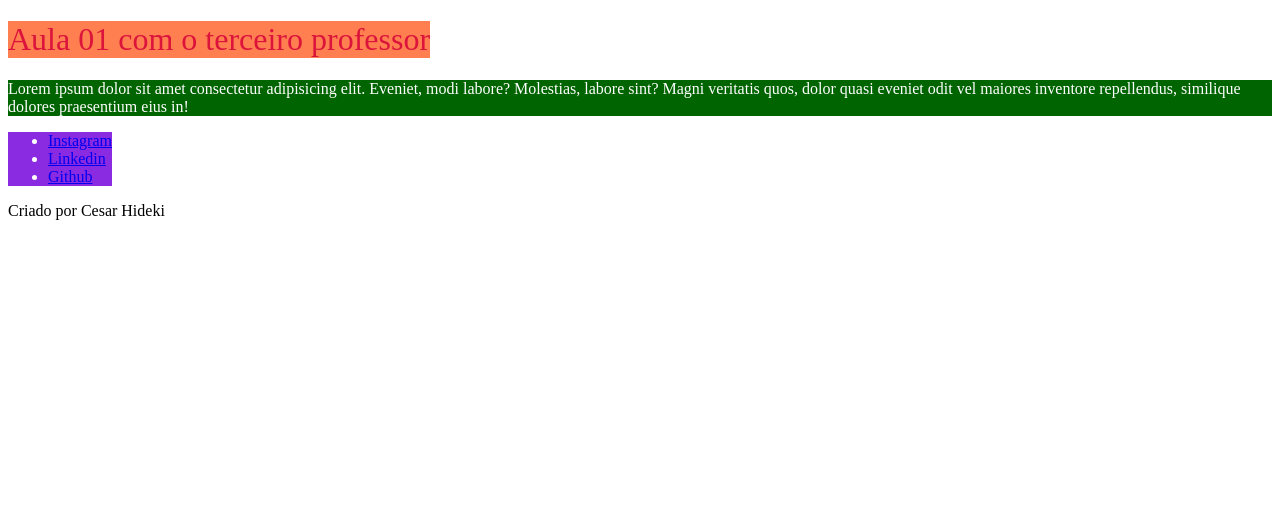
Repository: geracao-11/aula-01-pt2
Page: index.html
The author's editor kept a copy of each file at every save. The page is drawn from the files as they stood at one save, then again after a run of saves.
The browser window is 1280 px wide. The pictures show the whole page.

Above is the page before, as saved 2025-04-09 10:33:17.

### index.html
<!DOCTYPE html>
<html lang="en">
  <head>
    <meta charset="UTF-8" />
    <meta name="viewport" content="width=device-width, initial-scale=1.0" />
    <title>AULA 01</title>
    <link rel="stylesheet" href="style.css">
</head>
  <body>
    <header></header>
    <main>
      <h1>Aula 01 com o terceiro professor</h1>
      <div>
        <p>Lorem ipsum dolor sit amet consectetur adipisicing elit. Eveniet, modi labore? Molestias, labore sint? Magni veritatis quos, dolor quasi eveniet odit vel maiores inventore repellendus, similique dolores praesentium eius in!</p>
      </div>
      <div>
        <ul>
            <li>
                <a href="https://www.instagram.com/">Instagram</a>
            </li>
            <li>
                <a href="https://www.linkedin.com/feed/?trk=guest_homepage-basic_google-one-tap-submit">Linkedin</a>
            </li>
            <li>
                <a href="https://github.com/">Github</a>
            </li>
        </ul>
      </div>
    </main>
    <footer>Criado por Cesar Hideki</footer>
  </body>
</html>

### style.css
main {
    ;
}

h1 {
    font-size: xx-large;
    font-weight: lighter;
    color: crimson;
    background-color: coral;
    max-width: fit-content;
}

div {
    max-width: fit-content;
    background-color: darkgreen;
    color: white;
}

ul {
    background-color: blueviolet;
}

After the next 2 saves:
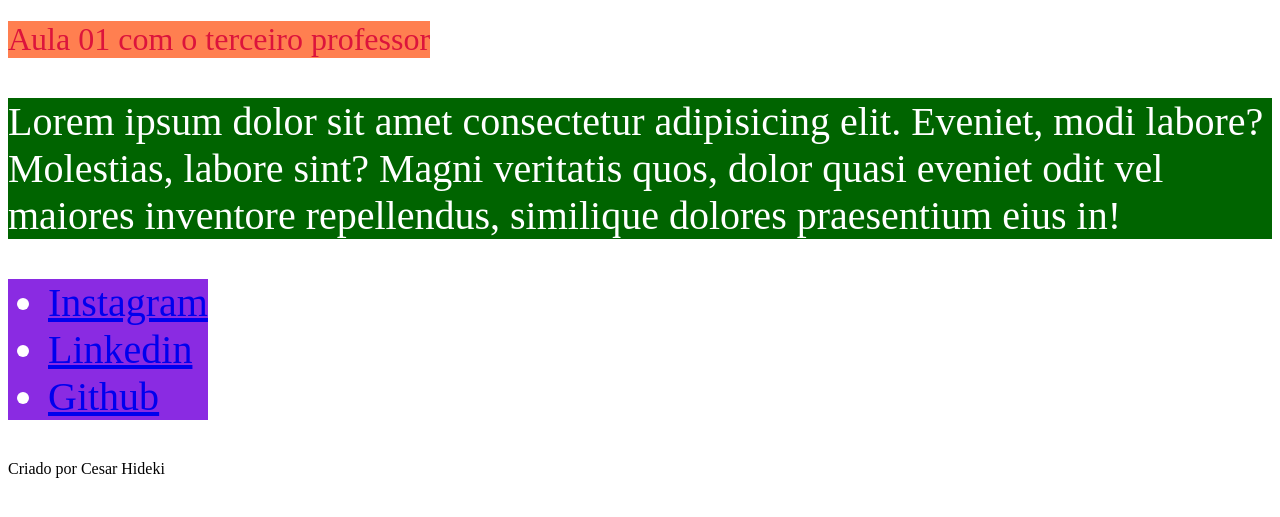
The 2 saves are shown as one change because they came seconds apart.
The last was saved 6 s later.
--- a/style.css
+++ b/style.css
@@ -1,5 +1,5 @@
 main {
-    ;
+    font-size: 40px;
 }
 
 h1 {
